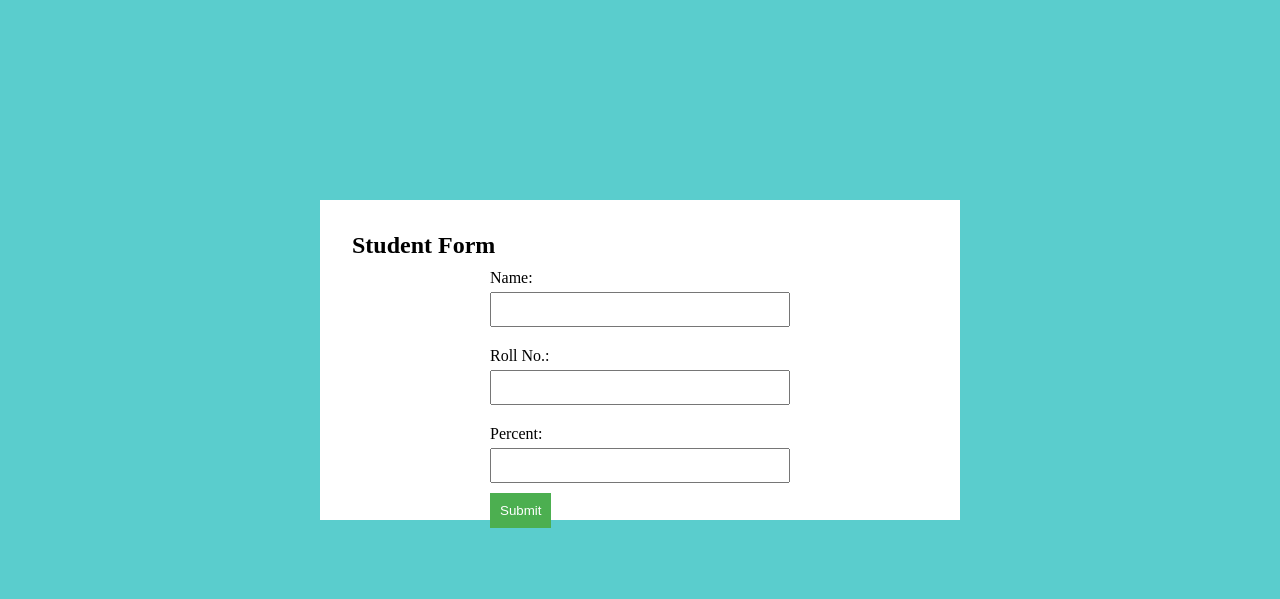
Repository: deeptimahisare1206/Todo_List
Page: http://localhost/Hib_Nest/
An editor plug-in stored every save of this project. The page is shown before and after the next save, followed by the edit.
The browser window is 1280 px wide. The pictures show the whole page.
The page is served by Tomcat 10.

Above is the page before, as saved 2024-11-09 11:09:41.

After the next save:
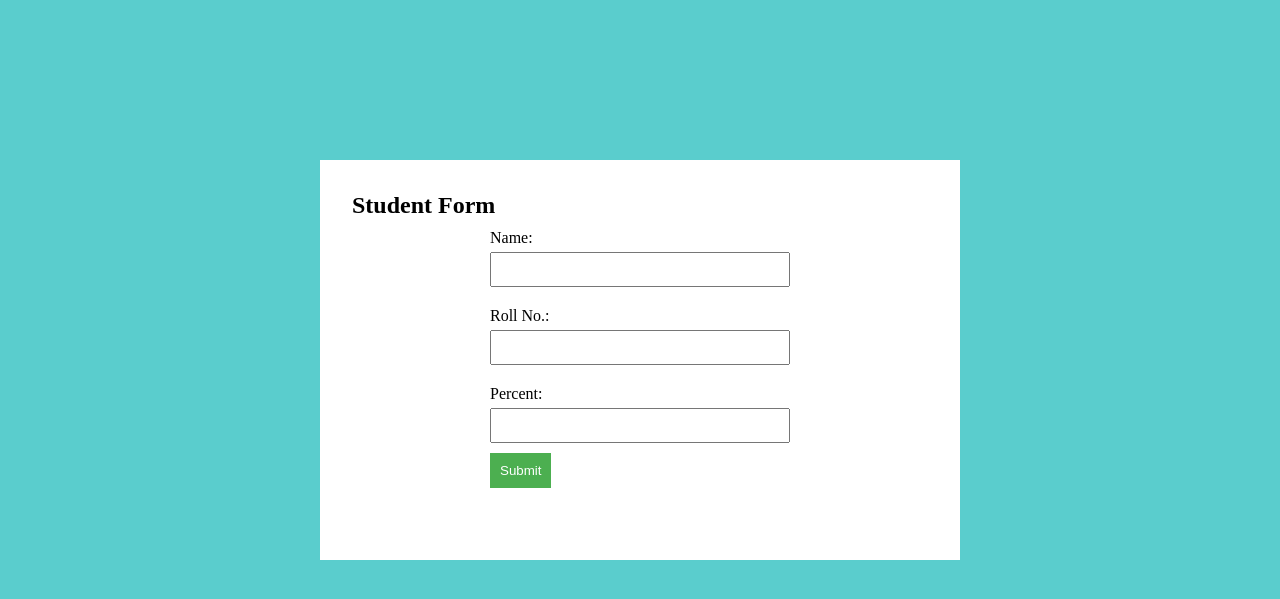
Saved 38 s later.
--- a/Hib_Nest/src/main/webapp/index.jsp
+++ b/Hib_Nest/src/main/webapp/index.jsp
@@ -20,7 +20,7 @@ place-items:center;
 div{
 padding:2rem;
 	background-color: white;
-	height: 20rem;
+	height: 25rem;
 	width:50vw;
 }
 
